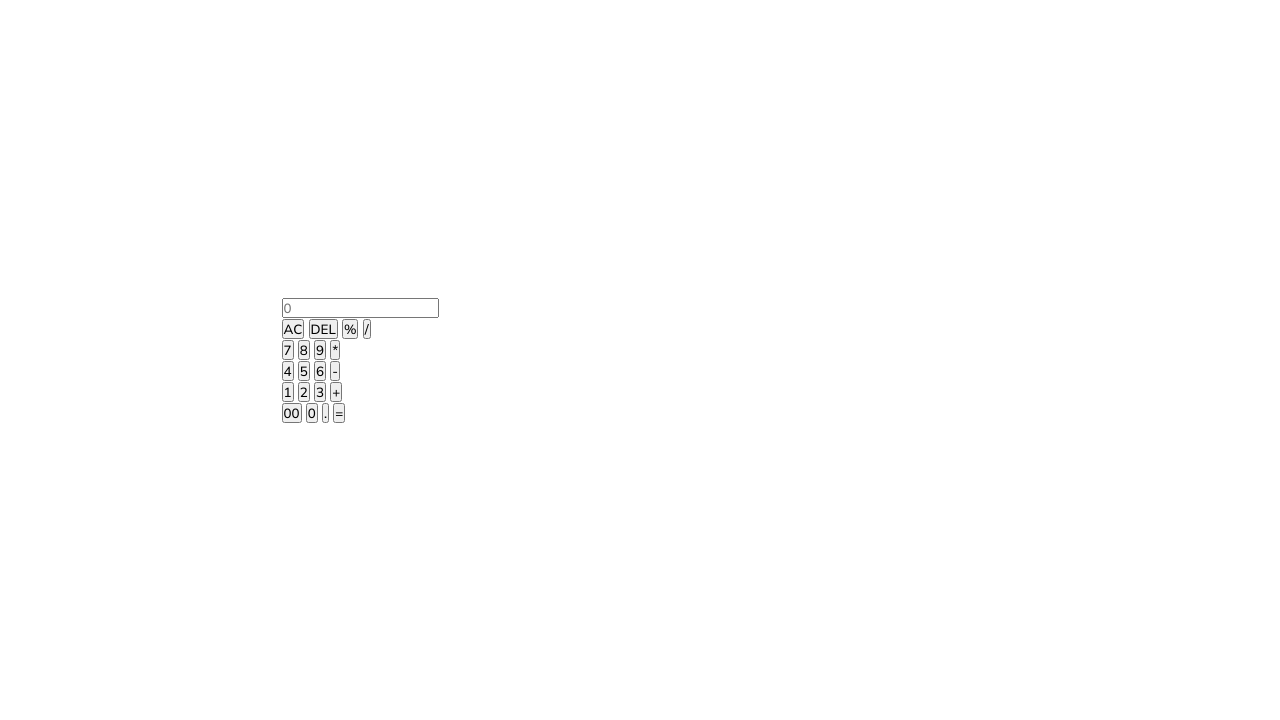
Repository: vaibhav1281/Calculator
Page: index.html
These files come from the project's save history. The page is drawn as it stood at one moment and after a run of saves; the edit follows.
The browser window is 1280 px wide. The pictures show the whole page.

Above is the page before, as saved 2023-05-06 19:50:24.

After the next 4 saves:
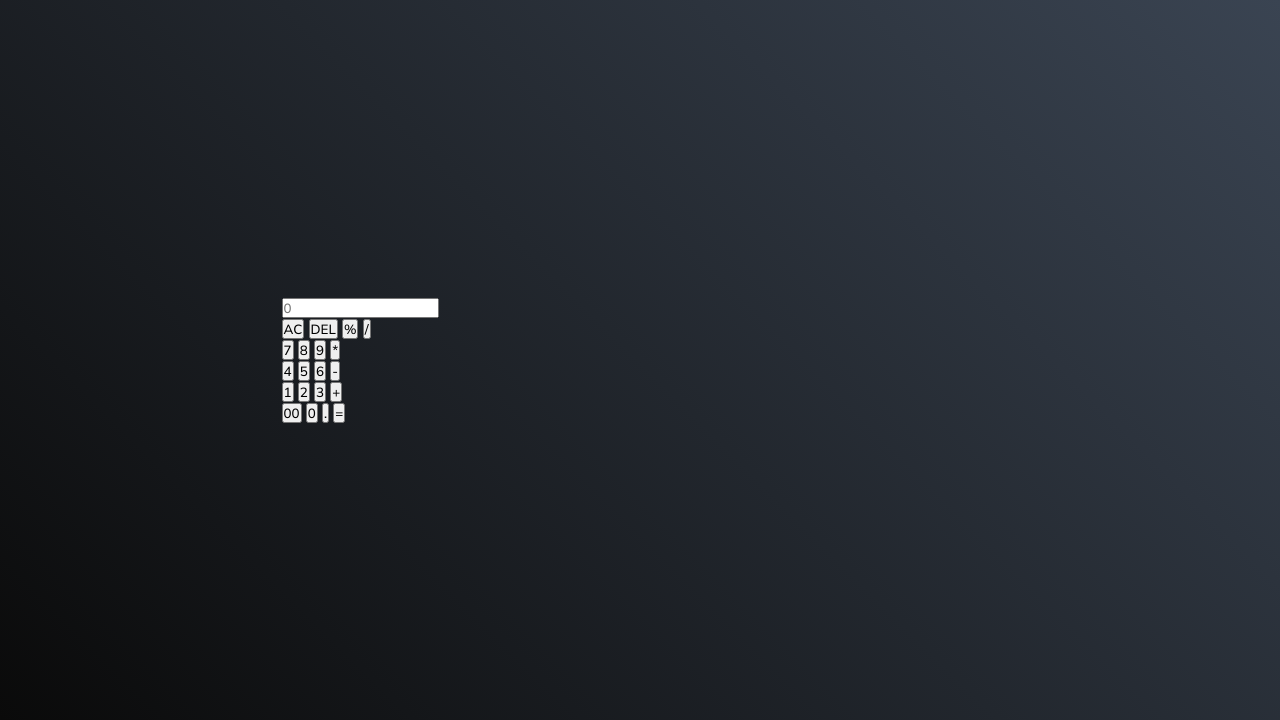
The 4 saves are shown as one change because they came seconds apart.
The last was saved 10 s later.
--- a/styles.css
+++ b/styles.css
@@ -13,5 +13,5 @@
     display: flex;
     justify-content: center; /* It's move horizontally*/
     align-items: center; /*It's move vertically*/
-    background: linear-gradient(45deg , #0a0a0a);
+    background: linear-gradient(45deg , #0a0a0a ,#3a4452);
 }
